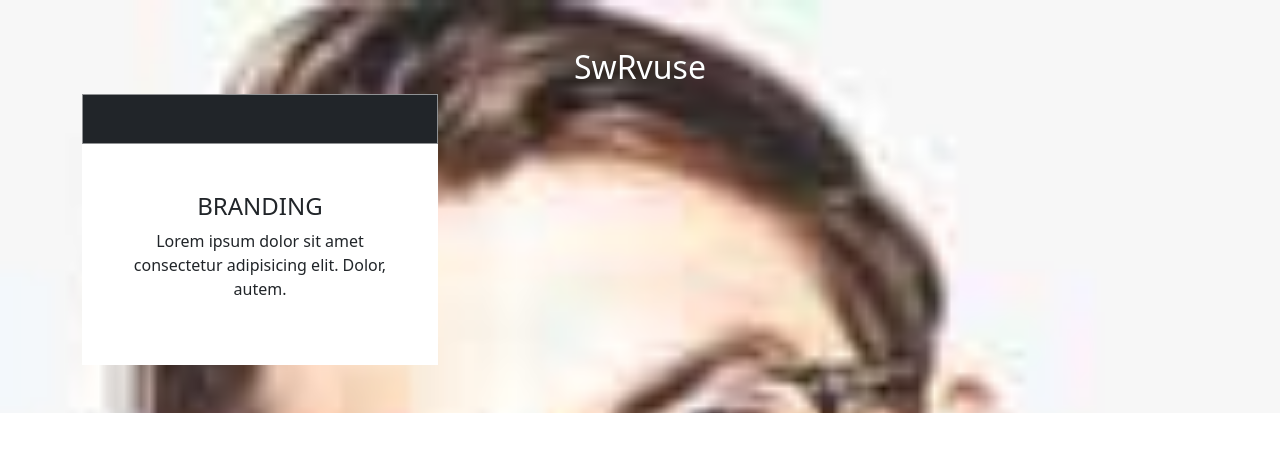
Repository: Ahmedalid/testing
Page: index.html
These files come from the project's save history. The page is drawn as it stood at one moment and after a run of saves; the edit follows.
The browser window is 1280 px wide. The pictures show the whole page.

Above is the page before, as saved 2023-06-10 17:37:47.

### index.html
<!DOCTYPE html>
<html lang="en">

<head>
    <meta charset="UTF-8">
    <meta http-equiv="X-UA-Compatible" content="IE=edge">
    <meta name="viewport" content="width=device-width, initial-scale=1.0">
    <link rel="stylesheet" href="bootstrap-5.0.2-dist/css/bootstrap.min.css">
    <title>Document</title>
    <style>
        header{
            background-image: url(2\ \(1\).jpg);
            background-size: cover;
            background-position: cover cover;
        }
        .icon{
            border: 1px solid rgba(255, 255, 255, 0.5);
        }
    </style>
</head>

<body>

    <header>
        <div class="container">
            <div class="row py-5">
                <div class="title position-relative d-flex justify-content-center align-items-center">
                    <h2 class="text-dark fw-lighter fa-5x">SwRvuse</h2>
                    <h2 class="text-white fw-lighter fa-3x position-absolute">SwRvuse</h2>
                </div>
                <div class="col-lg-4">
                    <div class="icon p-4 mx-auto translate-middle-positivw bg-dark text-center">
                        <i class="fa-solid fa-anchor"></i>
                    </div>
                    <div class="bg-white text-center p-5">
                        <h4>BRANDING</h4>
                        <div class="line"></div>
                        <p>Lorem ipsum dolor sit amet consectetur adipisicing elit. Dolor, autem.</p>
                    </div>
                </div>
            </div>
        </div>
    </header>

    <script src="bootstrap-5.0.2-dist/js/bootstrap.bundle.min.js"></script>
</body>

</html>

Loaded but not shown: bootstrap-5.0.2-dist/css/bootstrap.min.css (library); bootstrap-5.0.2-dist/js/bootstrap.bundle.min.js (library)

After the next 5 saves:
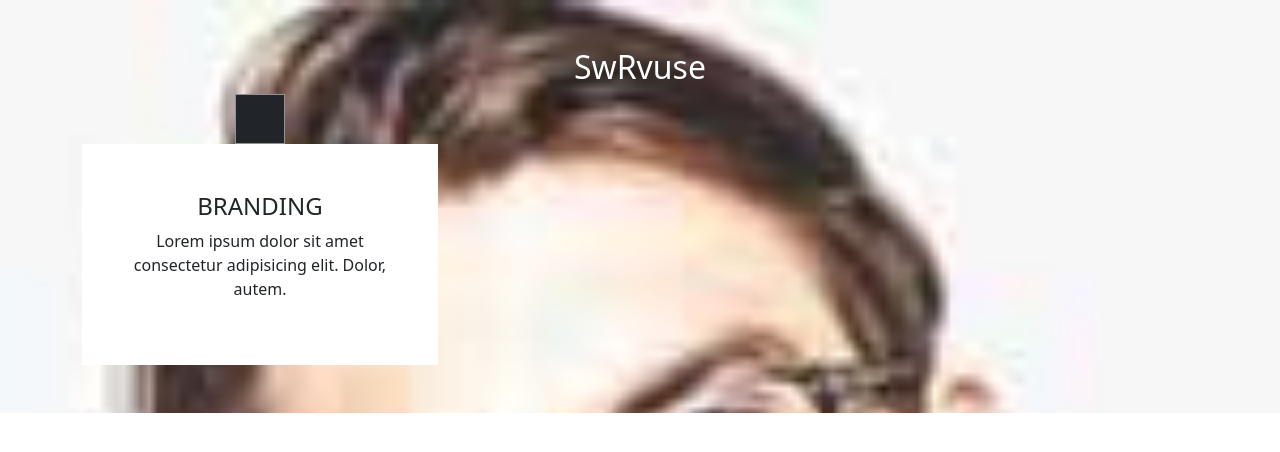
The 5 saves are shown as one change because they came seconds apart.
The last was saved 16 s later.
--- a/index.html
+++ b/index.html
@@ -15,6 +15,9 @@
         }
         .icon{
             border: 1px solid rgba(255, 255, 255, 0.5);
+            width: 23px;
+            height: 23px;
+
         }
     </style>
 </head>
